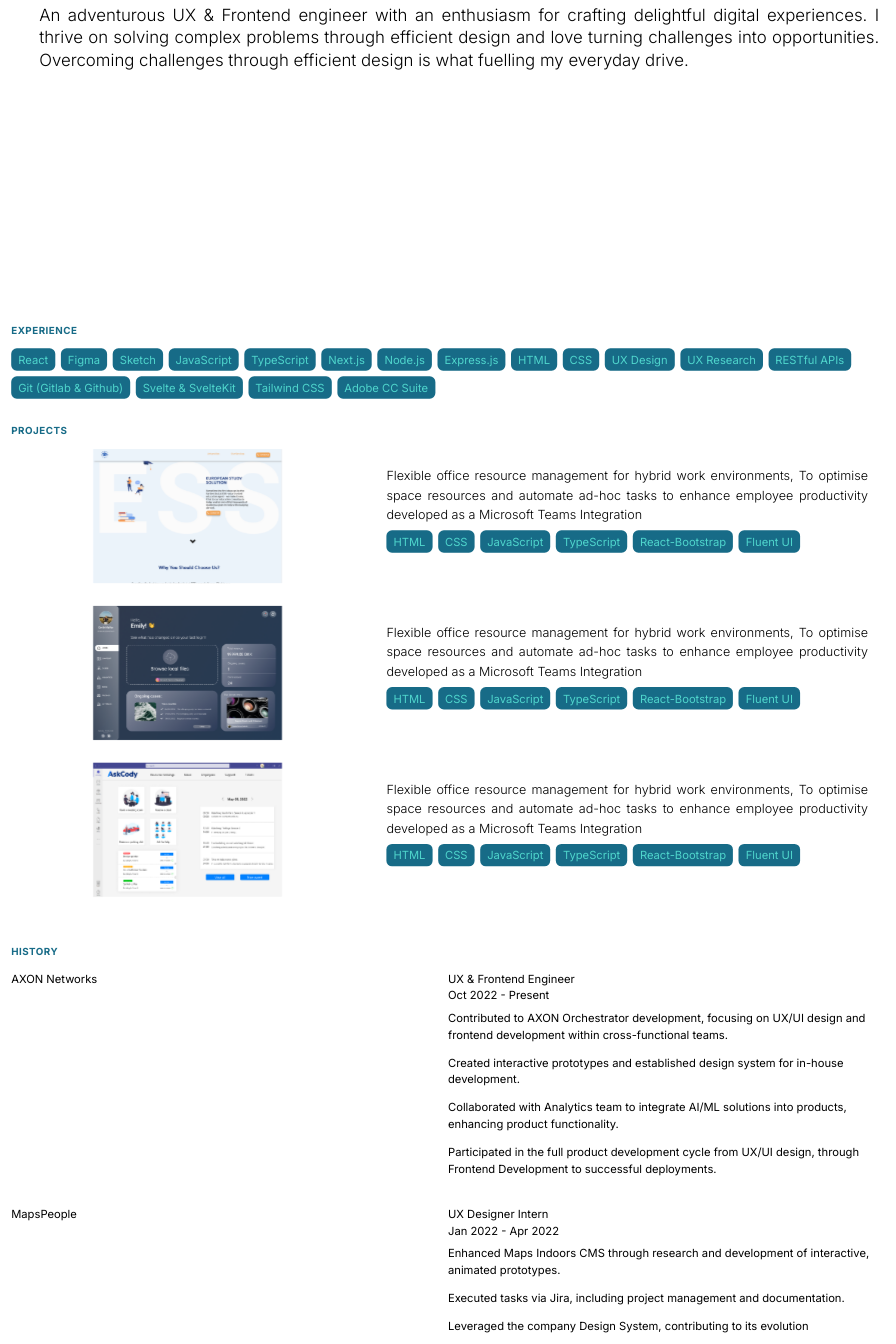
Repository: TheMarcellVarga/personal-portfolio-v.2
Page: /
These files come from the project's save history. The page is drawn as it stood at one moment and after the next save; the edit follows.
The browser window is 1280 px wide. The pictures show the part of the page from y = 1112 to 3032 px (the page is 3649 px tall), at 70% of full size.
The project was rebuilt for these pictures with package versions that can differ from the ones it lists, and the page was loaded fresh each time. The framework's server and built-in components were replaced by stand-ins that run in the browser. Also part of the build but not shown: next.config.mjs.

Above is the page before, as saved 2024-04-25 23:40:28.

After the next save:
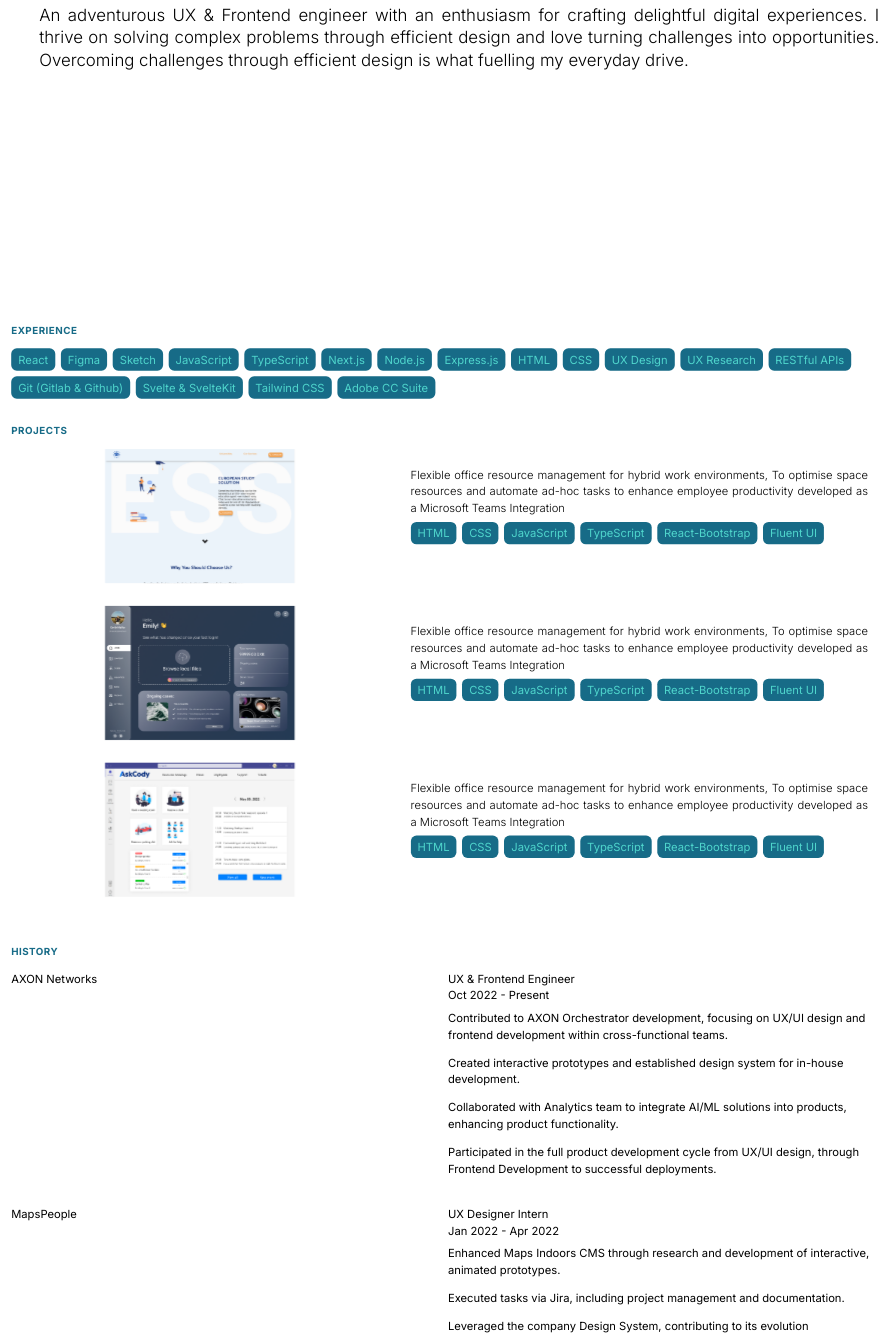
Saved 4 min 23 s later.
--- a/app/page.tsx
+++ b/app/page.tsx
@@ -321,7 +321,7 @@ export default function Page() {
                   </Link>
                 </div>
                 <div className="flex flex-col m-6 gap-2">
-                  <div className="text-lg font-light text-justify">
+                  <div className="text-md font-light text-justify">
                     <div>{project.title}</div>
                     <div>{project.description}</div>
                   </div>
@@ -347,7 +347,7 @@ export default function Page() {
           <div className="flex flex-col gap-8">
             {history.map((item, index) => (
               <div key={index} className="flex">
-                <div className="w-1/2">
+                <div className="w-1/2 ">
                   <h3>{item.company}</h3>
                 </div>
                 <div className="w-1/2">
